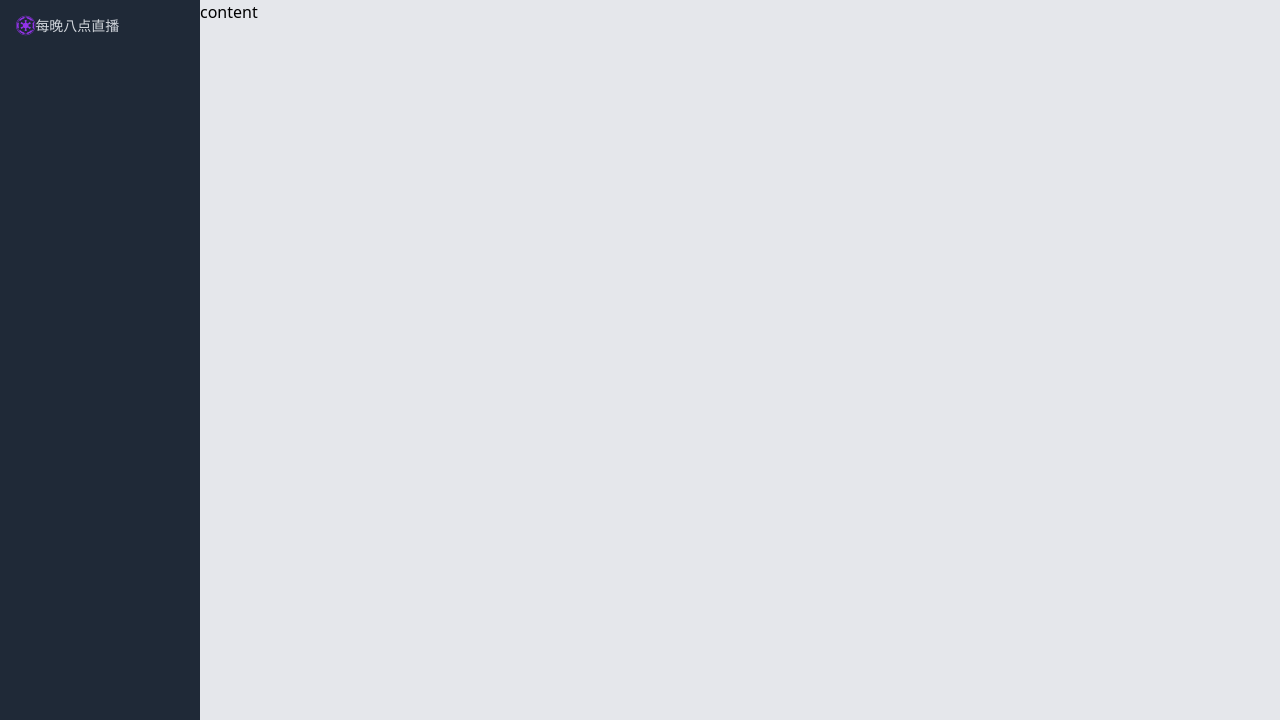
Repository: liangyingbo/vite-vue-TS
Page: /#/admin/home
The author's editor kept a copy of each file at every save. The page is drawn from the files as they stood at one save, then again after the next save.
The browser window is 1280 px wide. The pictures show the whole page.
The project was rebuilt for these pictures with package versions that can differ from the ones it lists, and the page was loaded fresh each time. Also part of the build but not shown: vite.config.ts, src/components/form/HdButton.vue, src/components/form/HdInput.vue, src/components/form/hdLink.vue, src/styles/global.scss.

Above is the page before, as saved 2022-11-18 19:29:31.

### index.html
<!DOCTYPE html>
<html lang="en">
  <head>
    <meta charset="UTF-8" />
    <link rel="icon" type="image/svg+xml" href="/vite.svg" />
    <meta name="viewport" content="width=device-width, initial-scale=1.0" />
    <link href="https://cdn.bootcdn.net/ajax/libs/font-awesome/6.2.0/css/all.css" rel="stylesheet">
    <title>Vite + Vue + TS</title>
  </head>
  <body>
    <div id="app"></div>
    <script type="module" src="/src/main.ts"></script>
  </body>
</html>

### src/main.ts
import { createApp } from 'vue'
import router, { setupRouter } from '@/router'
import { setupPlugins } from '@/plugins'
import '@/styles/global.scss'
import App from './App.vue'

async function bootstrap() {
    const app = createApp(App)
    setupRouter(app)
    setupPlugins(app)
    await router.isReady()
    app.mount('#app')
}
bootstrap()

### src/router/index.ts
import { App } from 'vue';
import { createRouter, createWebHashHistory } from 'vue-router'
import routes from './routes';
import layoutRoutes from './autoLoad';
import guard from './guard';
const router = createRouter({
    history: createWebHashHistory(),
    routes : [...routes,...layoutRoutes]
})
export function setupRouter(app:App){

    guard(router)
    app.use(router)
}

export default router;

### src/plugins/index.ts
import { App } from "vue";
import { setupTailWindCssPlugin } from "./tailwindcss";

export function setupPlugins(app: App) {
    autoRegisterComponent(app)

    setupTailWindCssPlugin()
}



function autoRegisterComponent(app: App) {
    const components = import.meta.glob('../components/form/*.vue', { eager: true })
    console.log(components)
    Object.keys(components).forEach(key => {
        const name = key.split('/').pop()?.split('.')[0] as string

        app.component(name, components[key].default)
    })
}

### src/App.vue
<script setup lang="ts">

// import {info} from '@/apis/userApi'

//const response =  info()
// console.log(response.then(res=>res.data.age))
// console.log()

 </script>

 <template>

    <router-view ></router-view>
 </template>

<style scoped>
</style>

### src/router/routes.ts
import { RouteRecordRaw } from "vue-router"
 const routes = [
    {
        path:'/home',
        name:'home',
        component:() => import("@/views/home.vue"),
    }
]  as  RouteRecordRaw[]

export default routes

### src/router/autoLoad.ts
import { RouteRecordRaw } from "vue-router";


const layout = import.meta.glob('../layouts/*.vue')
const children = import.meta.glob('../views/**/*.vue')
function getRoutes() {
    const layoutRoutes = [] as RouteRecordRaw[]
    Object.entries(layout).forEach(([file, module]) => {
        const route = getRouteByModule(file, module)
        route.children = getChildrenRoutes(route)
        layoutRoutes.push(route)
    })
    return layoutRoutes
}


// 根据布局路由匹配子路由
function getChildrenRoutes(layoutRoute: RouteRecordRaw) {
    const routes = [] as RouteRecordRaw[]
    Object.entries(children).forEach(([file, module]) => {
        if (file.includes(`../views/${layoutRoute.name as string}`)) {
            const route = getRouteByModule(file, module)
            routes.push(route)
        }
    })
    return routes
}

function getRouteByModule(file: string, module: () => Promise<unknown>) {
    const name = file.replace(/.+layouts\/|.+views\/|\.vue/gi, '')
    const route = {
        name: name.replace('/', '.'),
        path: `/${name}`,
        component: module
    } as RouteRecordRaw

    return route
}
export default getRoutes()

### src/router/guard.ts
 import { RouteLocationNormalized, Router } from "vue-router"


class Guard {
    constructor(private router: Router) { }

    public run() {
          this.router.beforeEach((to,from) =>{
            console.log(to)
             if(!this.isLogin(to)) return {name:'auth.login'}


          })
    }

    private isLogin(route:RouteLocationNormalized){
        // console.log(route.meta)
        console.log(route.meta)
        return true
    }
}

export default (router: Router) => {
    new Guard(router).run()
}

### src/plugins/tailwindcss/index.ts
import './tailwindcss.css'

export function setupTailWindCssPlugin(){

}

### src/layouts/admin.vue
<template>
    <div>
         <router-view></router-view>
    </div>
</template>
<script lang="ts" setup>
import routes from "@/router/routes";


</script>

<script lang="ts">
export default {
    route:{meta:{auth:true}}
}
</script>

<style lang="scss" scoped>

</style>

### src/views/admin/home.vue
<template>
    <div class="w-screen h-screen flex ">
        <div class="w-[200px] bg-gray-800">
             <div class="text-white flex items-center py-3 px-4">
                <i class="fab fa-empire text-xl text-purple-600"></i>
                <span class="text-sm text-gray-300">每晚八点直播</span>
             </div>
        </div>
        <div class="bg-gray-200 flex-1">
            content
        </div>
    </div>
</template>

<script lang="ts" setup></script>

<style lang="scss" scoped>

</style>

Loaded but not shown: src/plugins/tailwindcss/tailwindcss.css (common file); tailwind.config.cjs (common file)

After the next save:
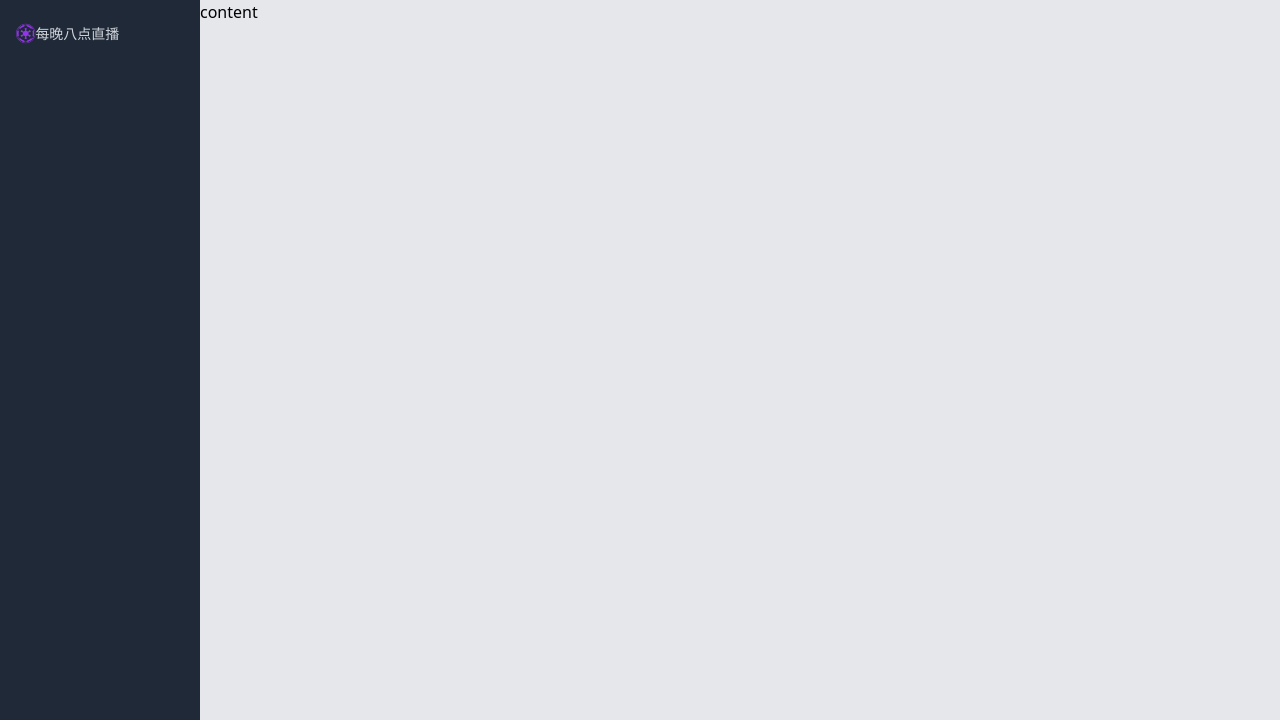
Saved 40 s later.
--- a/src/views/admin/home.vue
+++ b/src/views/admin/home.vue
@@ -1,6 +1,6 @@
 <template>
     <div class="w-screen h-screen flex ">
-        <div class="w-[200px] bg-gray-800">
+        <div class="w-[200px] bg-gray-800 py-2">
              <div class="text-white flex items-center py-3 px-4">
                 <i class="fab fa-empire text-xl text-purple-600"></i>
                 <span class="text-sm text-gray-300">每晚八点直播</span>
